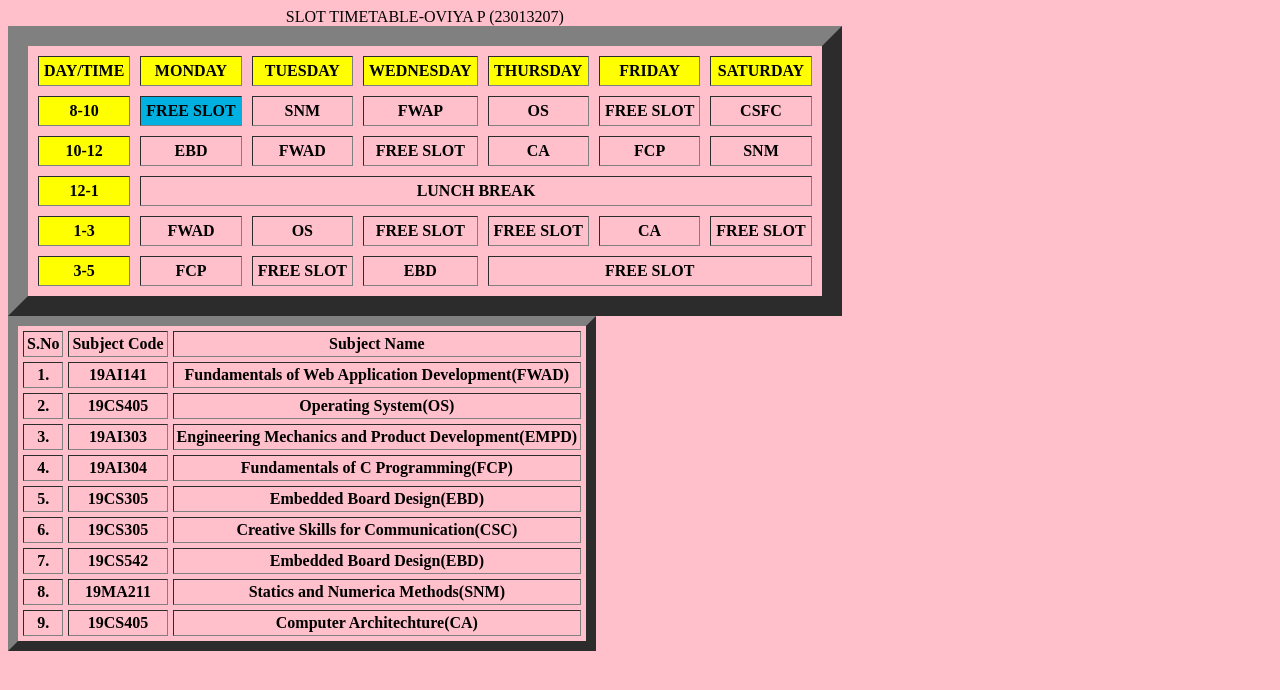
Repository: Oviya24032K6/slot
Page: oviya/static/time.html
An editor plug-in stored every save of this project. The page is shown before and after the next save, followed by the edit.
The browser window is 1280 px wide. The pictures show the whole page.

Above is the page before, as saved 2024-03-13 20:56:52.

### oviya/static/time.html
<html>
    <head>
        <title>SLOT TIMETABLE-OVIYA P (23013207)</title>
    </head>
    <body bgcolor="pink" align="center" >
    <table align="left" border="20" cellspacing="10" cellpadding="5">
    <caption>SLOT TIMETABLE-OVIYA P (23013207)</caption>
        <tr>
            <th bgcolor="yellow">DAY/TIME</th>
            <th bgcolor="yellow">MONDAY</th>
            <th bgcolor="yellow">TUESDAY</th>
            <th bgcolor="yellow">WEDNESDAY</th>
            <th bgcolor="yellow">THURSDAY</th>
            <th bgcolor="yellow">FRIDAY</th>
            <th bgcolor="yellow">SATURDAY</th>
        </tr>
        <tr>
            <th bgcolor="yellow">8-10</th>
            <th bgcolor="sky blue">FREE SLOT</th>
            <th>SNM</th>
            <th>FWAP</th>
            <th>OS</th>
            <th>FREE SLOT</th>
            <th>CSFC</th>
        </tr>
        <tr>
            <th bgcolor="yellow">10-12</th>
            <th>EBD</th>
            <th>FWAD</th>
            <th>FREE SLOT</th>
            <th>CA</th>
            <th>FCP</th>
            <th>SNM</th>
        </tr>
        <tr>
            <th bgcolor="yellow">12-1</th>
            <th colspan="6">LUNCH BREAK</th>
        </tr>
        <tr>
            <th bgcolor="yellow">1-3</th>
            <th>FWAD</th>
            <th>OS</th>
            <th>FREE SLOT</th>
            <th>FREE SLOT</th>
            <th>CA</th>
            <th>FREE SLOT</th>
        </tr>
        <tr>
            <th bgcolor="yellow">3-5</th>
            <th>FCP</th>
            <th>FREE SLOT</th>
            <th>EBD</th>
            <th colspan="4">FREE SLOT</th>
        </tr>

    </table>
        <br>
        <br>
    <table align="left" border="10" cellspacing="5" cellpadding="3">
        <tr>
            <th>S.No</th>
            <th>Subject Code</th>
            <th>Subject Name</th>
        </tr>
        <tr>
            <th>1.</th>
            <th>19AI141</th>
            <th>Fundamentals of Web Application Development(FWAD)</th>
        </tr>
        <tr>
            <th>2.</th>
            <th>19CS405</th>
            <th>Operating System(OS)</th>
        </tr>
        <tr>
            <th>3.</th>
            <th>19AI303</th>
            <th>Engineering Mechanics and Product Development(EMPD)</th>
        </tr>
        <tr>
            <th>4.</th>
            <th>19AI304</th>
            <th>Fundamentals of C Programming(FCP)</th>
        </tr>
        <tr>
            <th>5.</th>
            <th>19CS305</th>
            <th>Embedded Board Design(EBD)</th>
        </tr>
        <tr>
            <th>6.</th>
            <th>19CS305</th>
            <th>Creative Skills for Communication(CSC)</th>
        </tr>
        <tr>
            <th>7.</th>
            <th>19CS542</th>
            <th>Embedded Board Design(EBD)</th>
        </tr>
        <tr>
            <th>8.</th>
            <th>19MA211</th>
            <th>Statics and Numerica Methods(SNM)</th>
        </tr>
        <tr>
            <th>9.</th>
            <th>19CS405</th>
            <th>Computer Architechture(CA)</th>
        </tr>
    </table>
</body>
</html>
</html>

After the next save:
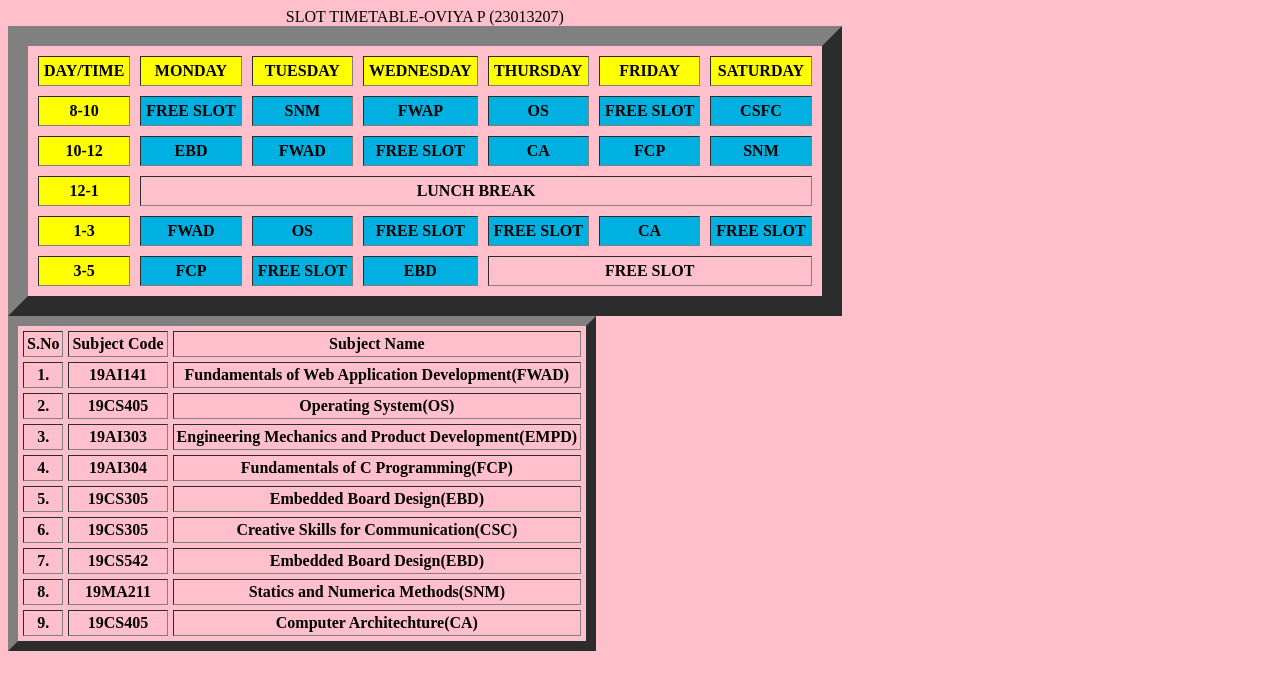
Saved 63 s later.
--- a/oviya/static/time.html
+++ b/oviya/static/time.html
@@ -17,20 +17,20 @@
         <tr>
             <th bgcolor="yellow">8-10</th>
             <th bgcolor="sky blue">FREE SLOT</th>
-            <th>SNM</th>
-            <th>FWAP</th>
-            <th>OS</th>
-            <th>FREE SLOT</th>
-            <th>CSFC</th>
+            <th bgcolor="sky blue">SNM</th>
+            <th bgcolor="sky blue">FWAP</th>
+            <th bgcolor="sky blue">OS</th>
+            <th bgcolor="sky blue">FREE SLOT</th>
+            <th bgcolor="sky blue">CSFC</th>
         </tr>
         <tr>
             <th bgcolor="yellow">10-12</th>
-            <th>EBD</th>
-            <th>FWAD</th>
-            <th>FREE SLOT</th>
-            <th>CA</th>
-            <th>FCP</th>
-            <th>SNM</th>
+            <th bgcolor="sky blue">EBD</th>
+            <th bgcolor="sky blue">FWAD</th>
+            <th bgcolor="sky blue">FREE SLOT</th>
+            <th bgcolor="sky blue">CA</th>
+            <th bgcolor="sky blue">FCP</th>
+            <th bgcolor="sky blue">SNM</th>
         </tr>
         <tr>
             <th bgcolor="yellow">12-1</th>
@@ -38,18 +38,18 @@
         </tr>
         <tr>
             <th bgcolor="yellow">1-3</th>
-            <th>FWAD</th>
-            <th>OS</th>
-            <th>FREE SLOT</th>
-            <th>FREE SLOT</th>
-            <th>CA</th>
-            <th>FREE SLOT</th>
+            <th bgcolor="sky blue">FWAD</th>
+            <th bgcolor="sky blue">OS</th>
+            <th bgcolor="sky blue">FREE SLOT</th>
+            <th bgcolor="sky blue">FREE SLOT</th>
+            <th bgcolor="sky blue">CA</th>
+            <th bgcolor="sky blue">FREE SLOT</th>
         </tr>
         <tr>
             <th bgcolor="yellow">3-5</th>
-            <th>FCP</th>
-            <th>FREE SLOT</th>
-            <th>EBD</th>
+            <th bgcolor="sky blue">FCP</th>
+            <th bgcolor="sky blue">FREE SLOT</th>
+            <th bgcolor="sky blue">EBD</th>
             <th colspan="4">FREE SLOT</th>
         </tr>
 
